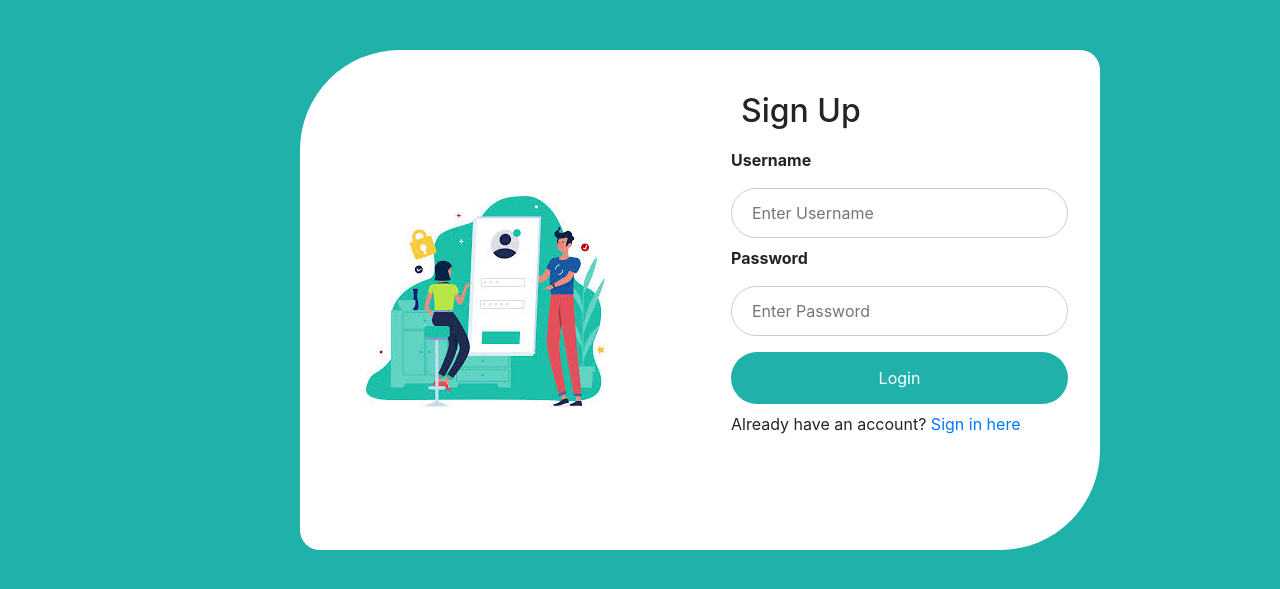
Repository: Sadia-Naveed-Shaikh/JavaScript-Website
Page: SignUp.html
These files come from the project's save history. The page is drawn as it stood at one moment and after a run of saves; the edit follows.
The browser window is 1280 px wide. The pictures show the whole page.

Above is the page before, as saved 2021-10-27 14:33:48.

After the next 3 saves:
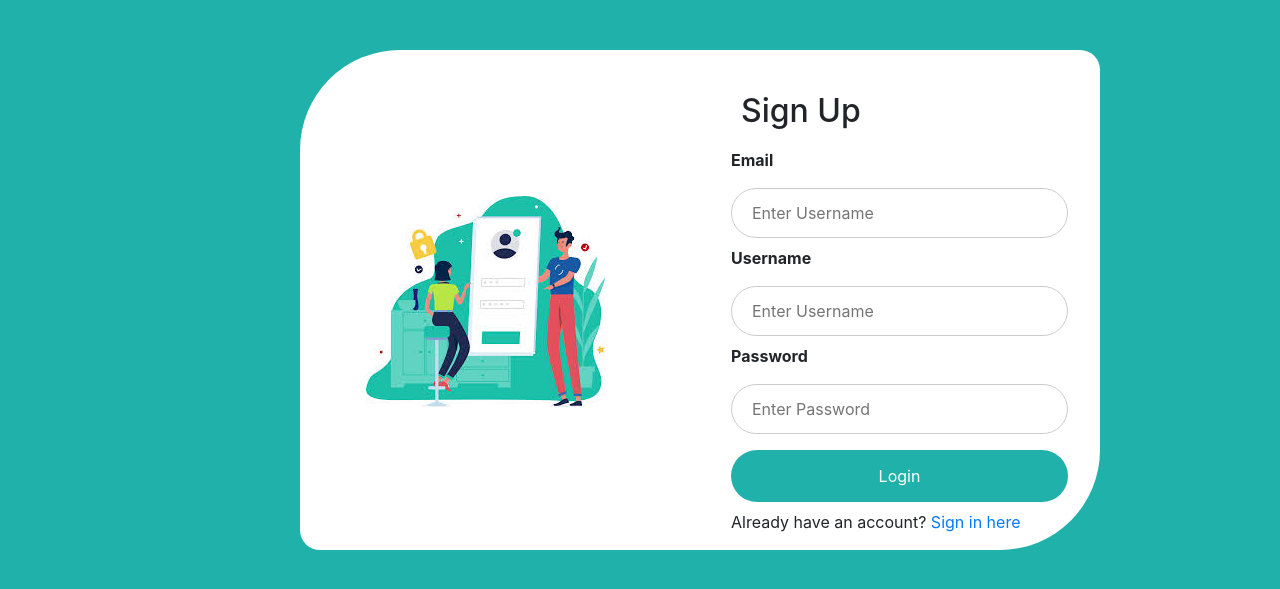
The 3 saves are shown as one change because they came seconds apart.
The last was saved 20 s later.
--- a/SignUp.html
+++ b/SignUp.html
@@ -78,6 +78,8 @@
                         <form action="/action_page.php" method="post">
                             <div class="container">
                                 <h2 style="padding:10px; justify-content:center; align-items:center">Sign Up</h2>
+                                <label for="email"><b>Email</b></label>
+                                <input type="text" placeholder="Enter Username" name="uname" required>
                                 <label for="uname"><b>Username</b></label>
                                 <input type="text" placeholder="Enter Username" name="uname" required>
                                 <label for="psw"><b>Password</b></label>
